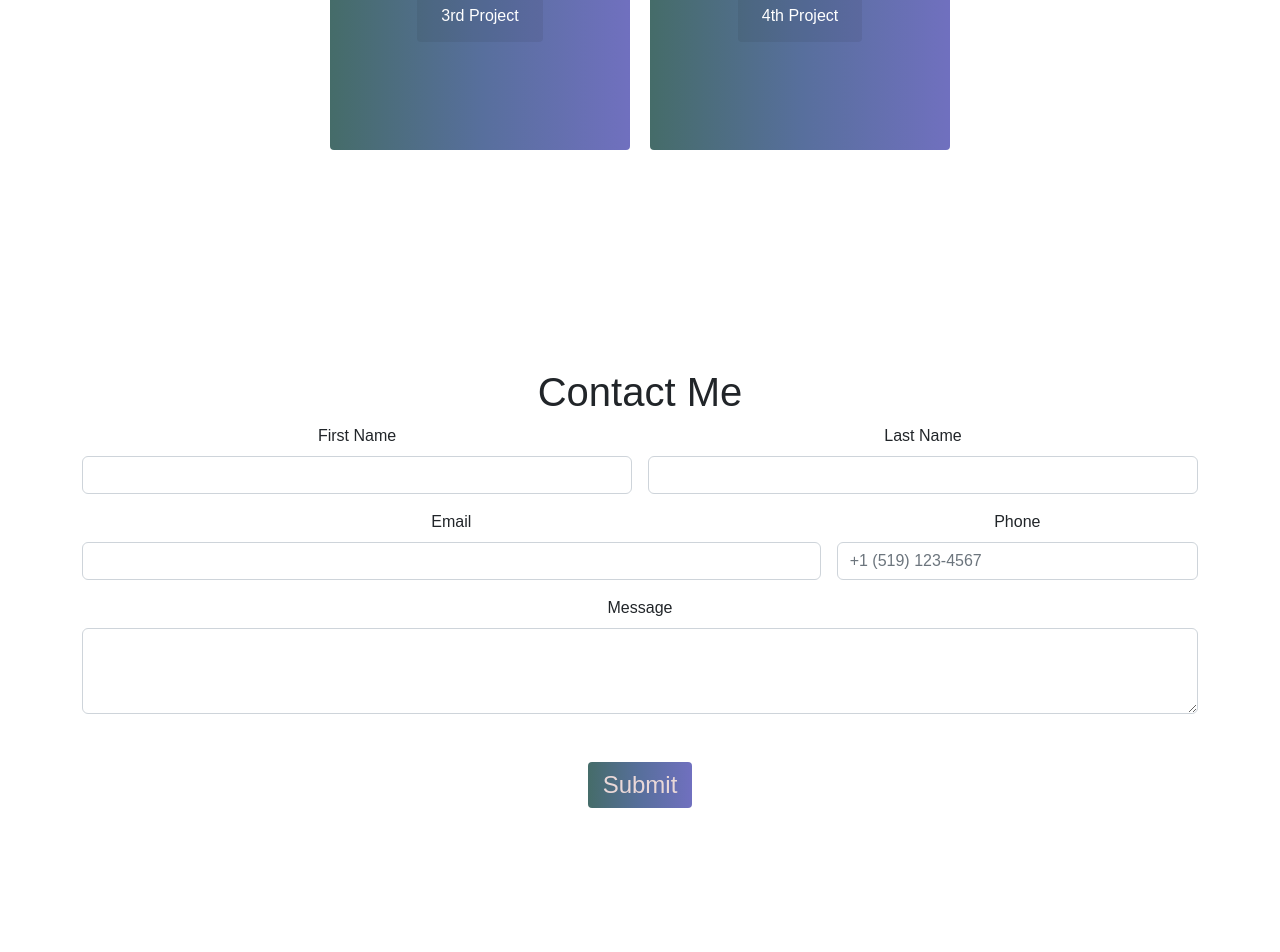
Repository: dvynchi/profile-2022
Page: index.html
The author's editor kept a copy of each file at every save. The page is drawn from the files as they stood at one save, then again after the next save.
The browser window is 1280 px wide. The pictures show the part of the page from y = 1667 to 2619 px (the page is 2619 px tall before and 2569 px after).
A picture or video elsewhere on the page could not be fetched, so the positions and the page height are approximate. Some web libraries are served in a nearby version.

Above is the page before, as saved 2022-08-17 00:11:52.

After the next save:
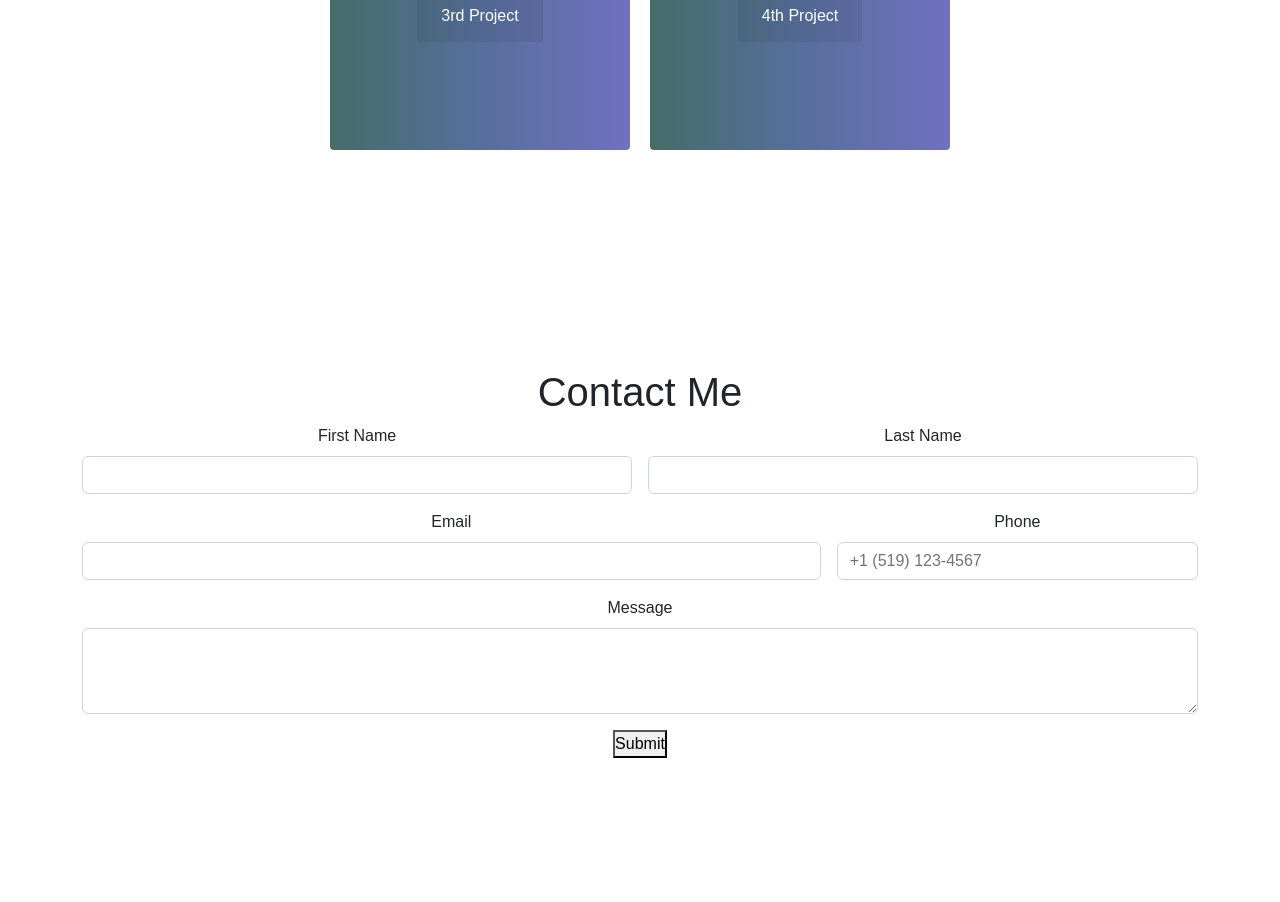
Saved 23 s later.
--- a/styles.css
+++ b/styles.css
@@ -407,7 +407,7 @@
 
 
 
-.submit {
+/* .submit {
     font-size: 1.5rem;
     background: #7F7FD5;
     background: -webkit-linear-gradient(to right, #3b837e, #627aa6, #6f6fb9);
@@ -422,7 +422,7 @@
     color: rgb(234, 216, 216);
     transition: all 0.3s ease;
     outline: none;
-}
+} */
 
 /* .submit a {
     position: relative;
@@ -432,7 +432,7 @@
 }
 
 /* hover effect for button */
-.submit::after {
+/* .submit::after {
     position: absolute;
     content: '';
     top: 0;
@@ -450,4 +450,4 @@
 
 .submit:hover:after {
     width: 100%;
-} */
+}  */

After the save that followed:
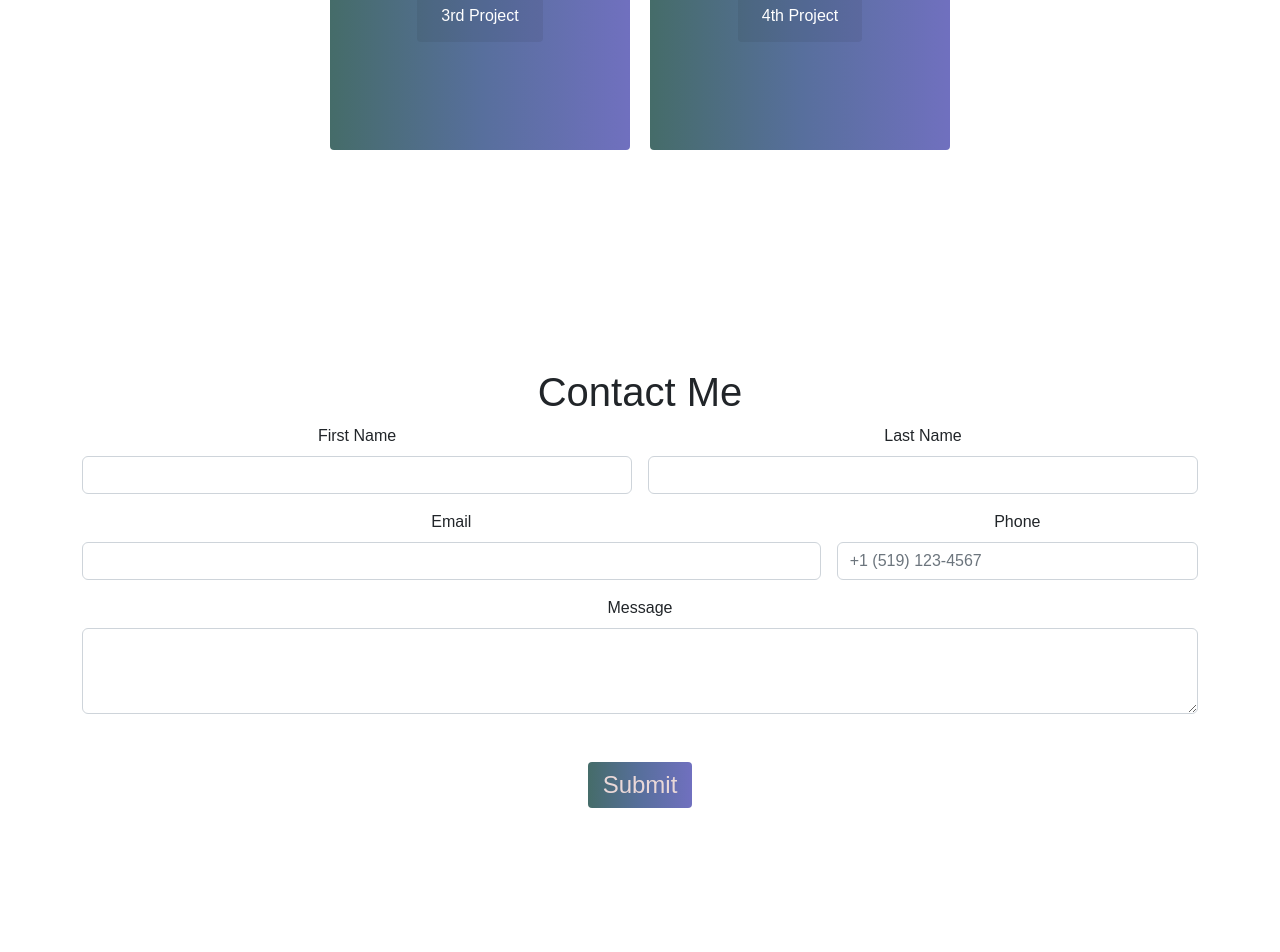
Saved 3 min 30 s later.
--- a/styles.css
+++ b/styles.css
@@ -407,7 +407,7 @@
 
 
 
-/* .submit {
+.submit {
     font-size: 1.5rem;
     background: #7F7FD5;
     background: -webkit-linear-gradient(to right, #3b837e, #627aa6, #6f6fb9);
@@ -422,9 +422,9 @@
     color: rgb(234, 216, 216);
     transition: all 0.3s ease;
     outline: none;
-} */
-
-/* .submit a {
+}
+
+.submit a {
     position: relative;
     z-index: 2;
     color: #fff;
@@ -432,7 +432,7 @@
 }
 
 /* hover effect for button */
-/* .submit::after {
+.submit::after {
     position: absolute;
     content: '';
     top: 0;
@@ -450,4 +450,4 @@
 
 .submit:hover:after {
     width: 100%;
-}  */
+}
